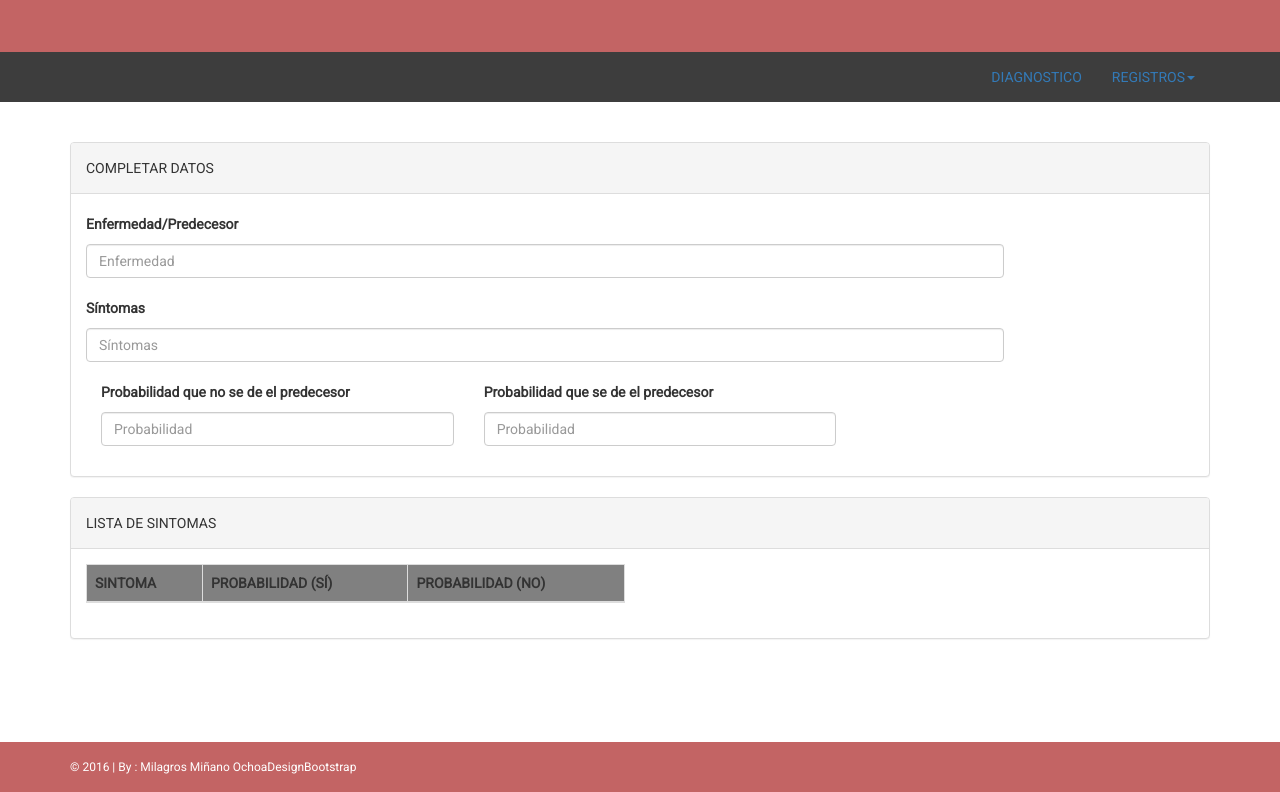
Repository: Mili10/PROYECTOII
Page: http://localhost/Capa_Presentación/frmRegistroSintoma.jsp
An editor plug-in stored every save of this project. The page is shown before and after the next save, followed by the edit.
The browser window is 1280 px wide. The pictures show the whole page.
The page is served by Tomcat 9.

Above is the page before, as saved 2016-05-16 06:41:48.

After the next save:
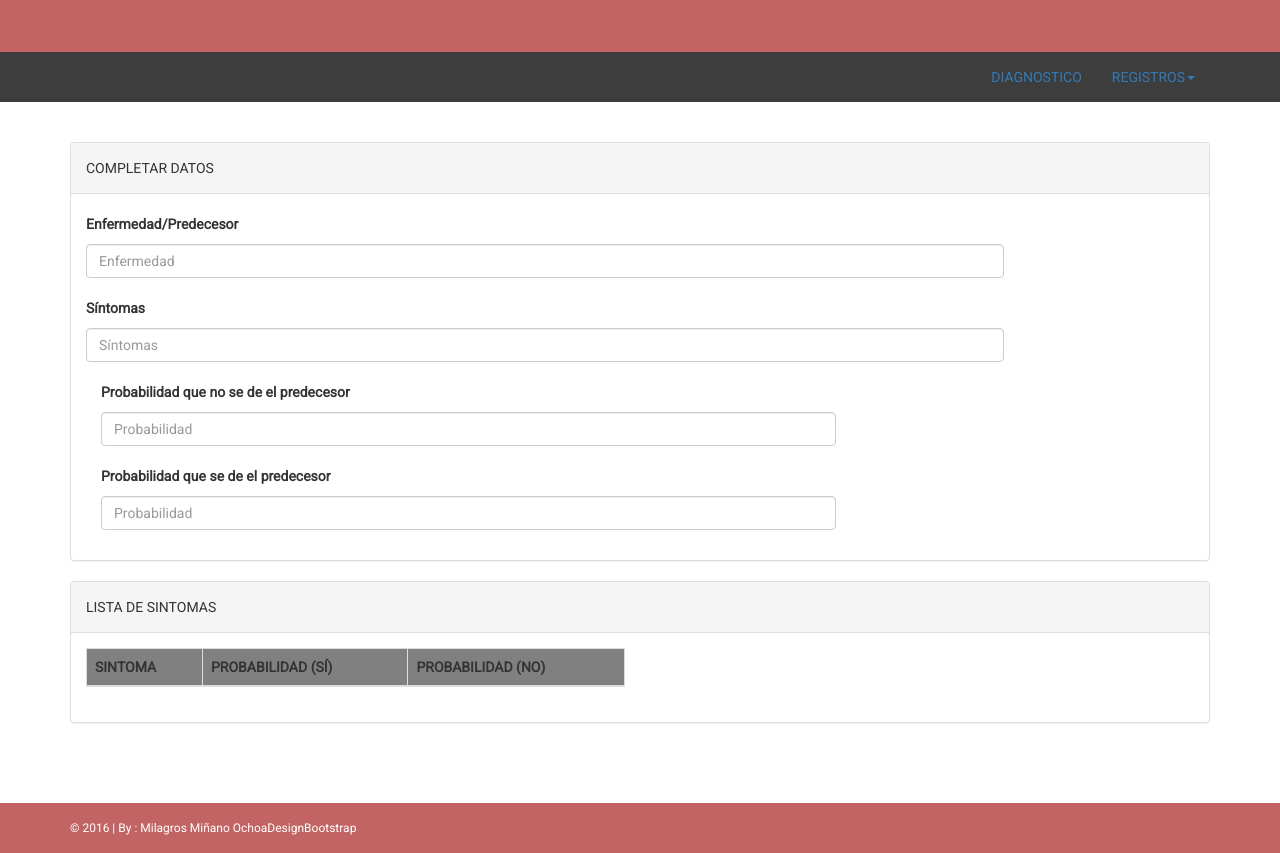
Saved 41 s later.
--- a/sistema_experto_web/Capa_Presentación/WebContent/frmRegistroSintoma.jsp
+++ b/sistema_experto_web/Capa_Presentación/WebContent/frmRegistroSintoma.jsp
@@ -29,13 +29,13 @@
 						    <label for="exampleInputPassword1">Síntomas</label>
 						    <input type="text" class="form-control" placeholder="Síntomas">
 						  </div>
-						  <div class="col-md-5">
+						  <div class="col-md-10">
 						  <div class="form-group">
 						    <label for="exampleInputEmail1">Probabilidad que no se de el predecesor</label>
 						    <input class="form-control" placeholder="Probabilidad">
 						  </div>
 						  </div>
-						  <div class="col-md-5">
+						  <div class="col-md-10">
 						  	<div class="form-group">
 						    <label for="exampleInputEmail1">Probabilidad que se de el predecesor</label>
 						    <input class="form-control" placeholder="Probabilidad">

After the save that followed:
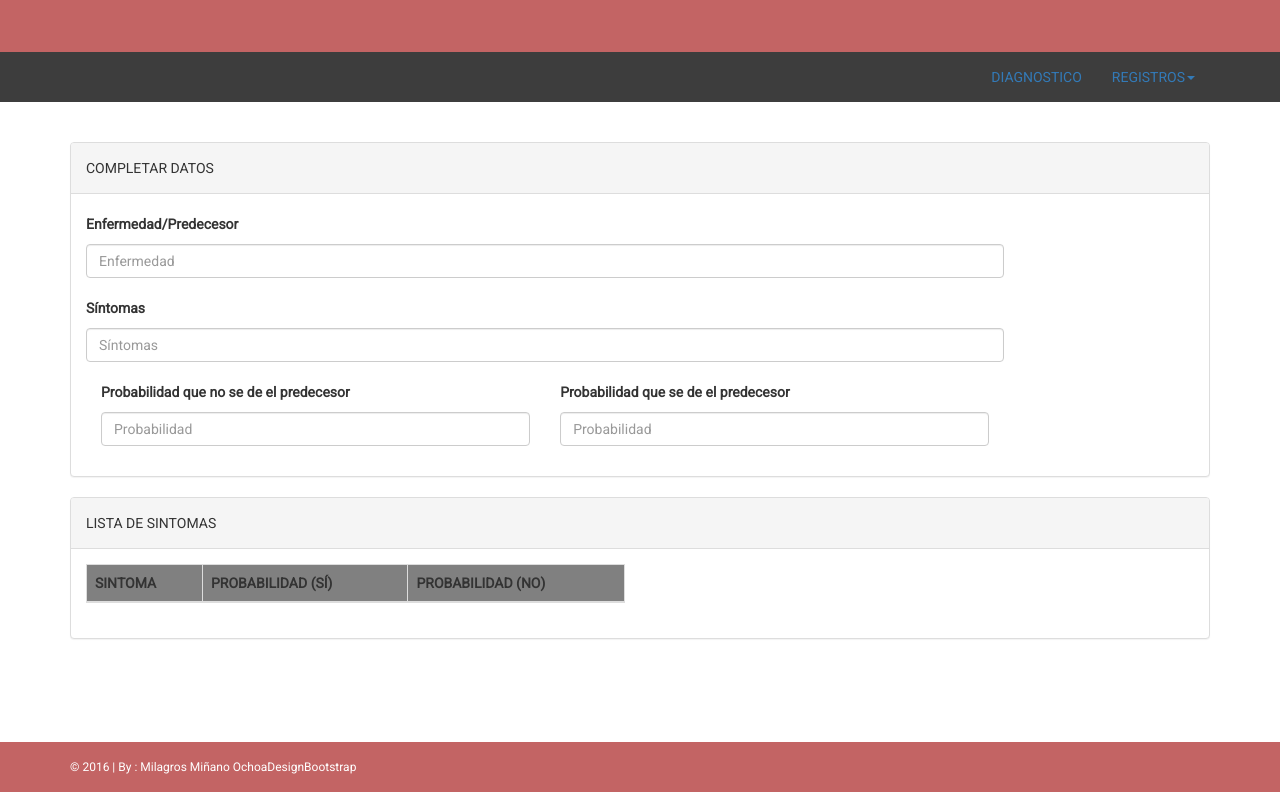
Saved 16 s later.
--- a/sistema_experto_web/Capa_Presentación/WebContent/frmRegistroSintoma.jsp
+++ b/sistema_experto_web/Capa_Presentación/WebContent/frmRegistroSintoma.jsp
@@ -29,13 +29,13 @@
 						    <label for="exampleInputPassword1">Síntomas</label>
 						    <input type="text" class="form-control" placeholder="Síntomas">
 						  </div>
-						  <div class="col-md-10">
+						  <div class="col-md-6">
 						  <div class="form-group">
 						    <label for="exampleInputEmail1">Probabilidad que no se de el predecesor</label>
 						    <input class="form-control" placeholder="Probabilidad">
 						  </div>
 						  </div>
-						  <div class="col-md-10">
+						  <div class="col-md-6">
 						  	<div class="form-group">
 						    <label for="exampleInputEmail1">Probabilidad que se de el predecesor</label>
 						    <input class="form-control" placeholder="Probabilidad">
